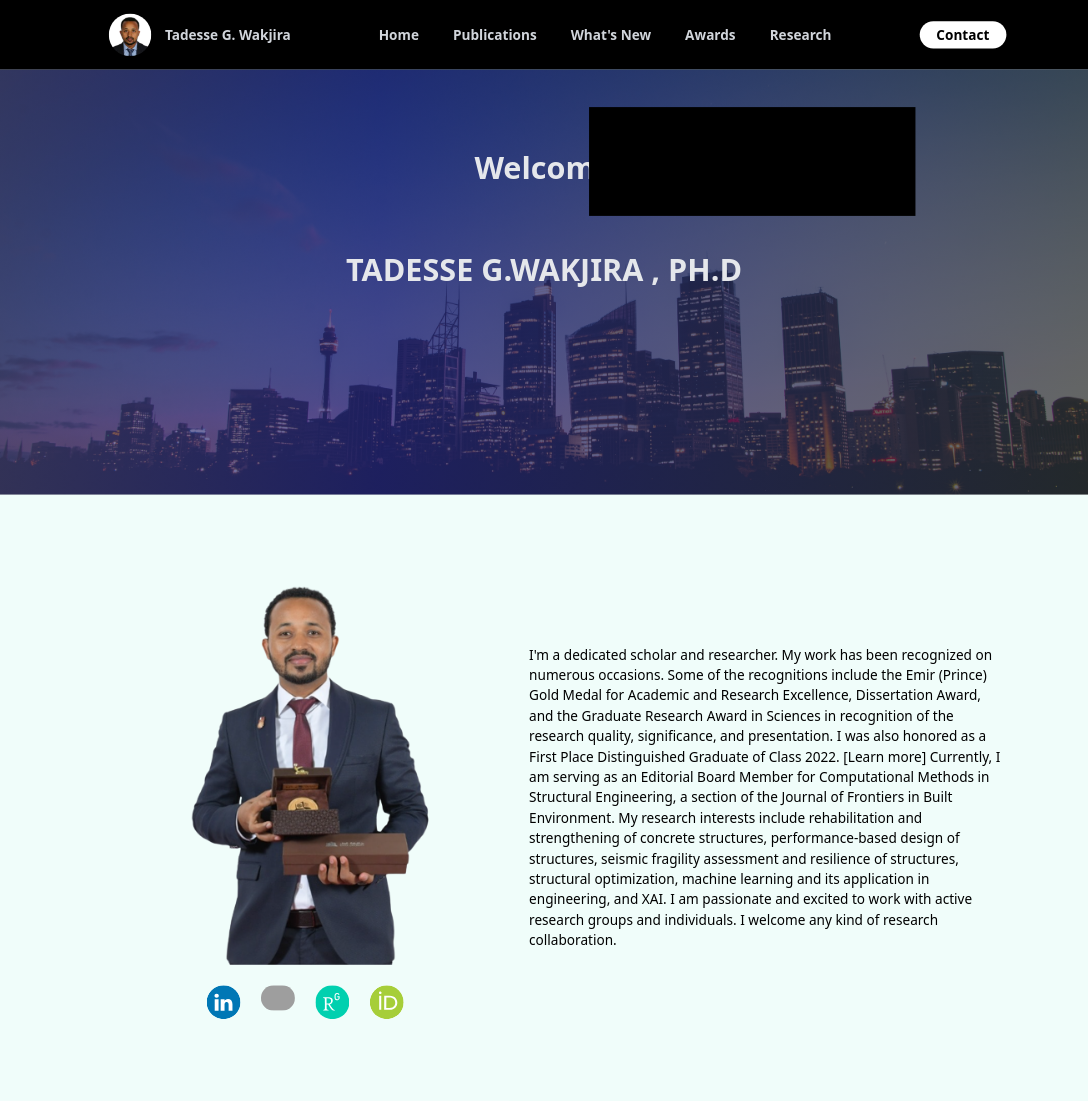
Repository: Elias-Kibret/Tade-portfoilo
Page: /
An editor plug-in stored every save of this project. The page is shown before and after the next save, followed by the edit.
The browser window is 1280 px wide. The pictures show the whole page, at 85% of full size.
Pictures or frames that could not be fetched are drawn as grey boxes. The project was rebuilt for these pictures with package versions that can differ from the ones it lists, and the page was loaded fresh each time. The framework's server and built-in components were replaced by stand-ins that run in the browser. Also part of the build but not shown: next.config.js.

Above is the page before, as saved 2022-06-28 13:17:51.

After the next save:
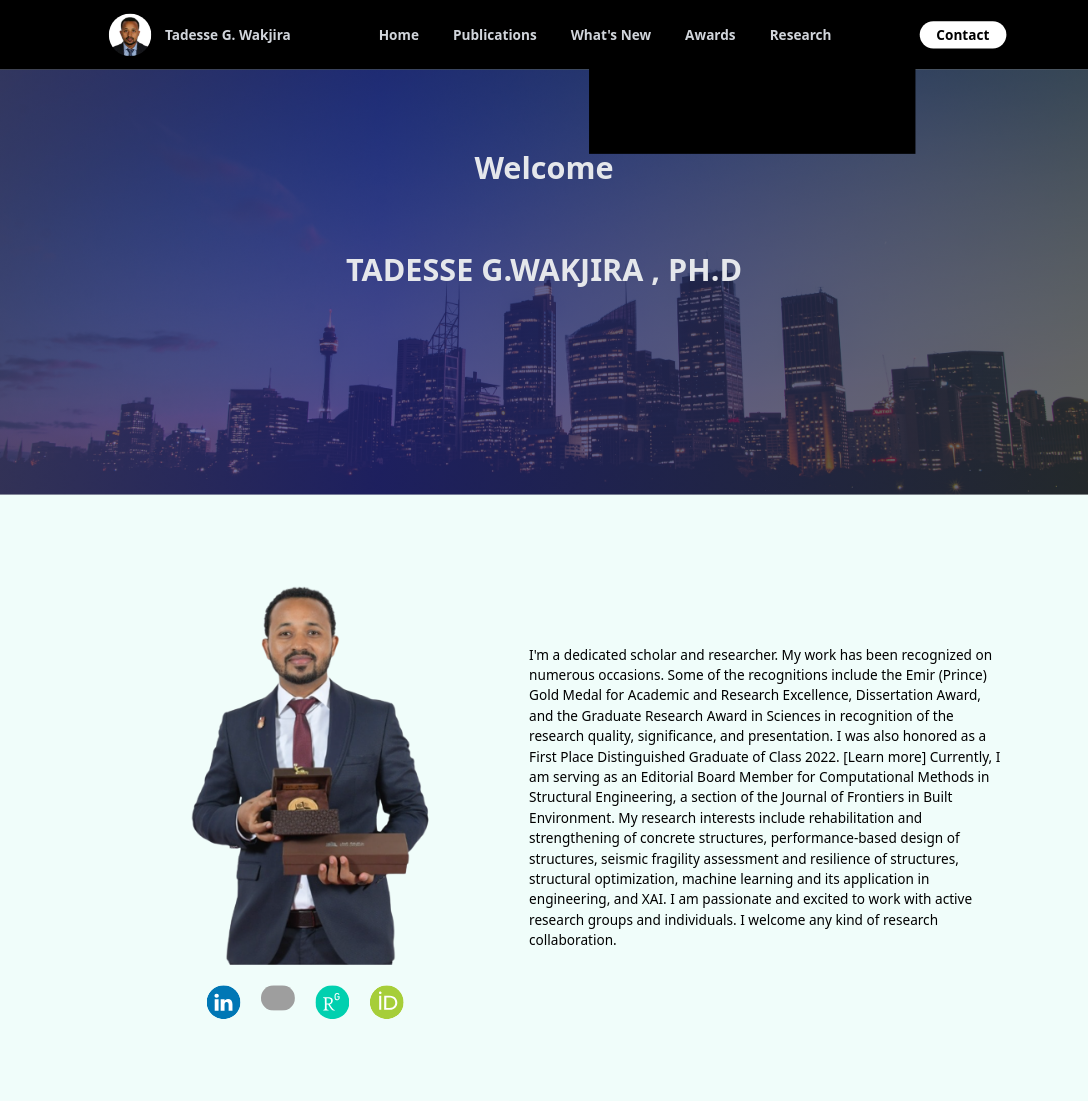
Saved 4 s later.
--- a/components/Header.tsx
+++ b/components/Header.tsx
@@ -21,7 +21,7 @@
                 <Link href="/" className="relative">
                     <a>
                     <a className="hover-state"> Publications <span></span></a>
-                        <div className="absolute top-24 inset-x-40 w-96 h-32 bg-black">
+                        <div className="absolute top-22 inset-x-40 w-96 h-32 bg-black">
                             <div>
 
                             </div>

After the save that followed:
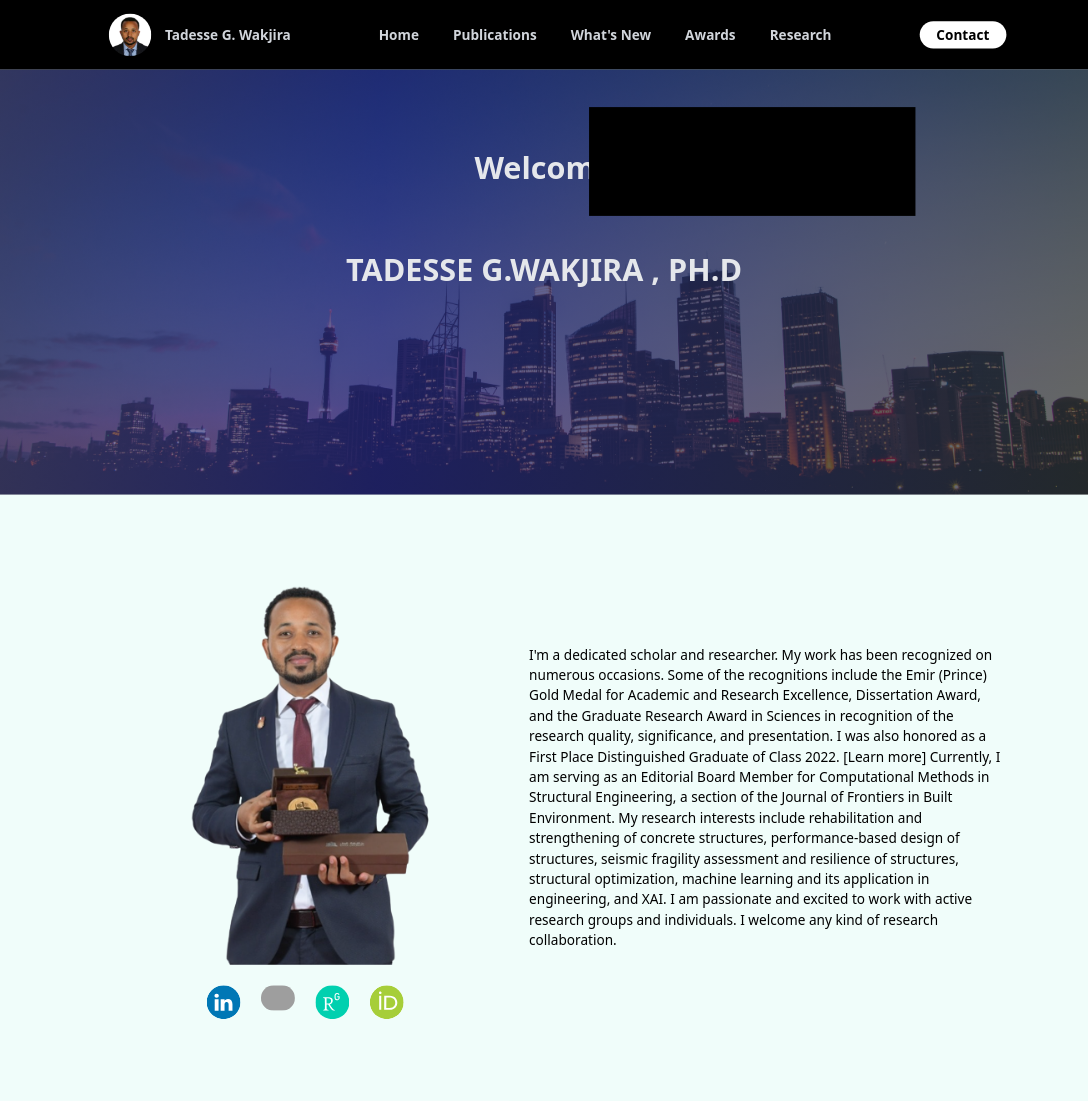
Saved 10 s later.
--- a/components/Header.tsx
+++ b/components/Header.tsx
@@ -21,7 +21,7 @@
                 <Link href="/" className="relative">
                     <a>
                     <a className="hover-state"> Publications <span></span></a>
-                        <div className="absolute top-22 inset-x-40 w-96 h-32 bg-black">
+                        <div className="absolute top-24 inset-x-40 w-96 h-32 bg-black">
                             <div>
 
                             </div>
